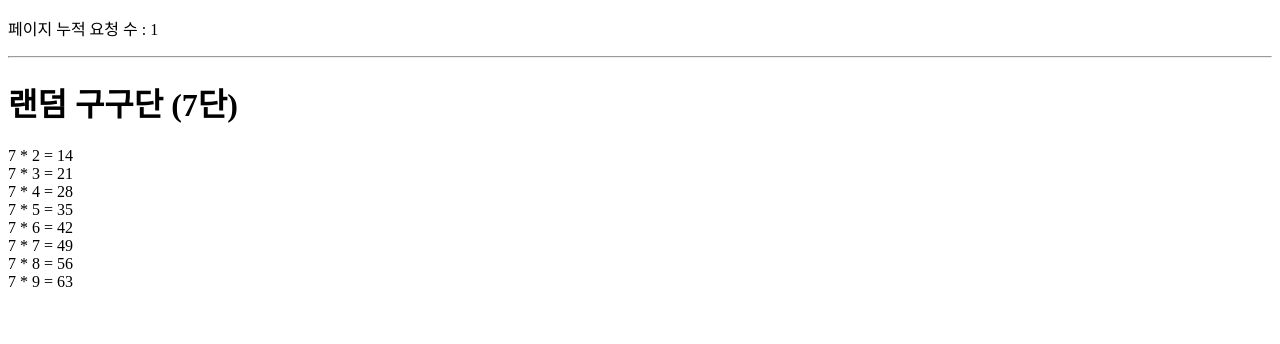
Repository: eyonghwan/jsp_practice
Page: http://localhost/JSPBasic/JspTag/TagQ02.jsp
These files come from the project's save history. The page is drawn as it stood at one moment and after the next save; the edit follows.
The browser window is 1280 px wide. The pictures show the whole page.
The page is served by Tomcat 9.

Above is the page before, as saved 2022-01-28 08:38:44.

After the next save:
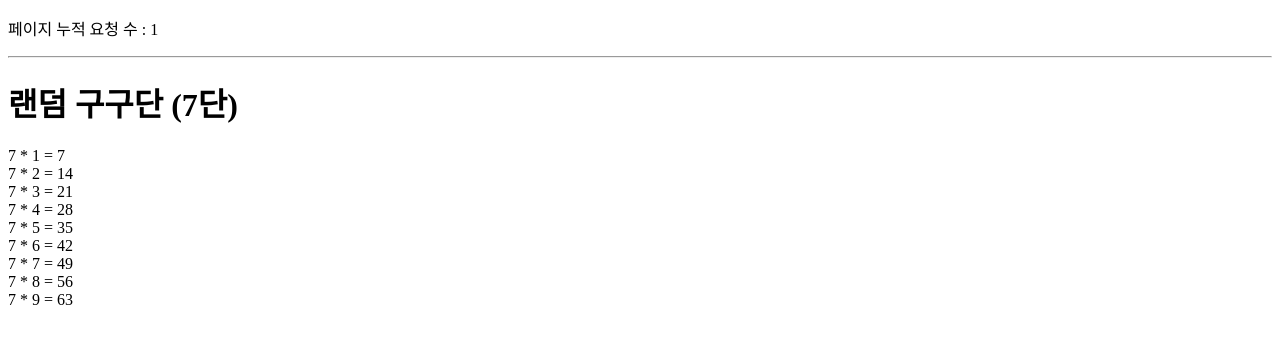
Saved 12 s later.
--- a/JSPBasic/src/main/webapp/JspTag/TagQ02.jsp
+++ b/JSPBasic/src/main/webapp/JspTag/TagQ02.jsp
@@ -25,7 +25,7 @@
 	<% int dan = (int)(Math.random() * 9) + 1; %>
 	<h1>랜덤 구구단 (<% out.print(dan); %>단)</h1>
 	<%
-	for(int i = 2; i < 10; i++) {
+	for(int i = 1; i < 10; i++) {
 		out.print(dan + " * " + i + " = " + dan * i + "<br/>");
 	}%>
 
